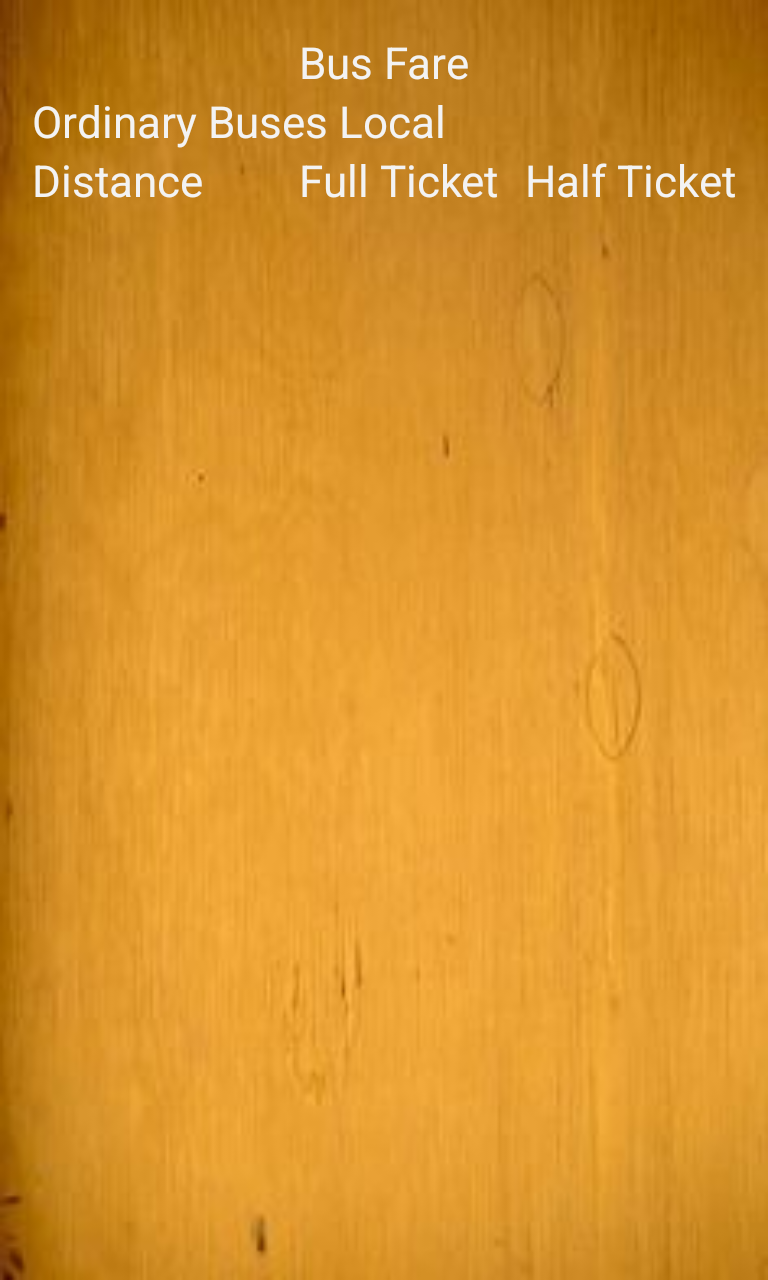
Repository: yogeshwar1996/android-app
Layout: CHD!!@BUSES/res/layout/activity_info.xml
The author's editor kept a copy of each file at every save. The layout is drawn from the files as they stood at one save, then again after the next save.
It is drawn on a 768 x 1280 px phone screen (xhdpi) without system bars, with theme android:Theme.Holo; the app's code is not run.

Above is the layout before, as saved 2016-07-11 04:56:17.

### CHD!!@BUSES/res/layout/activity_info.xml
<RelativeLayout xmlns:android="http://schemas.android.com/apk/res/android"
    xmlns:tools="http://schemas.android.com/tools"
    android:layout_width="match_parent"
    android:layout_height="match_parent"
    android:background="@drawable/dad"
    android:paddingBottom="@dimen/activity_vertical_margin"
    android:paddingLeft="@dimen/activity_horizontal_margin"
    android:paddingRight="@dimen/activity_horizontal_margin"
    android:paddingTop="@dimen/activity_vertical_margin"
    tools:context="com.example.chdbuses.Info" >

    <TextView
        android:id="@+id/textView2"
        android:layout_width="match_parent"
        android:layout_height="wrap_content"
        android:layout_below="@+id/textView1"
        android:layout_centerHorizontal="true"
        android:text="Ordinary Buses Local"
        android:textAppearance="?android:attr/textAppearanceLarge" />

    <TextView
        android:id="@+id/textView1"
        android:layout_width="wrap_content"
        android:layout_height="wrap_content"
        android:layout_alignParentTop="true"
        android:layout_centerHorizontal="true"
        android:text="Bus Fare"
        android:textAppearance="?android:attr/textAppearanceLarge" />

    <TextView
        android:id="@+id/textView4"
        android:layout_width="wrap_content"
        android:layout_height="wrap_content"
        android:layout_alignBaseline="@+id/textView3"
        android:layout_alignBottom="@+id/textView3"
        android:layout_alignLeft="@+id/textView1"
        android:text="Full Ticket"
        android:textAppearance="?android:attr/textAppearanceLarge" />

    <TextView
        android:id="@+id/textView5"
        android:layout_width="wrap_content"
        android:layout_height="wrap_content"
        android:layout_alignBaseline="@+id/textView4"
        android:layout_alignBottom="@+id/textView4"
        android:layout_alignParentRight="true"
        android:text="Half Ticket"
        android:textAppearance="?android:attr/textAppearanceLarge" />

    <TextView
        android:id="@+id/textView3"
        android:layout_width="wrap_content"
        android:layout_height="wrap_content"
        android:layout_alignParentLeft="true"
        android:layout_below="@+id/textView2"
        android:text="Distance"
        android:textAppearance="?android:attr/textAppearanceLarge" />

</RelativeLayout>

### CHD!!@BUSES/res/values/dimens.xml
<?xml version="1.0" encoding="utf-8"?>
<resources>

    <!-- Default screen margins, per the Android Design guidelines. -->
    <dimen name="activity_horizontal_margin">16dp</dimen>
    <dimen name="activity_vertical_margin">16dp</dimen>
    <dimen name="navigation_drawer_width">240dp</dimen>

</resources>

Loaded but not shown: CHD!!@BUSES/res/values-w820dp/dimens.xml (common file)

After the next save:
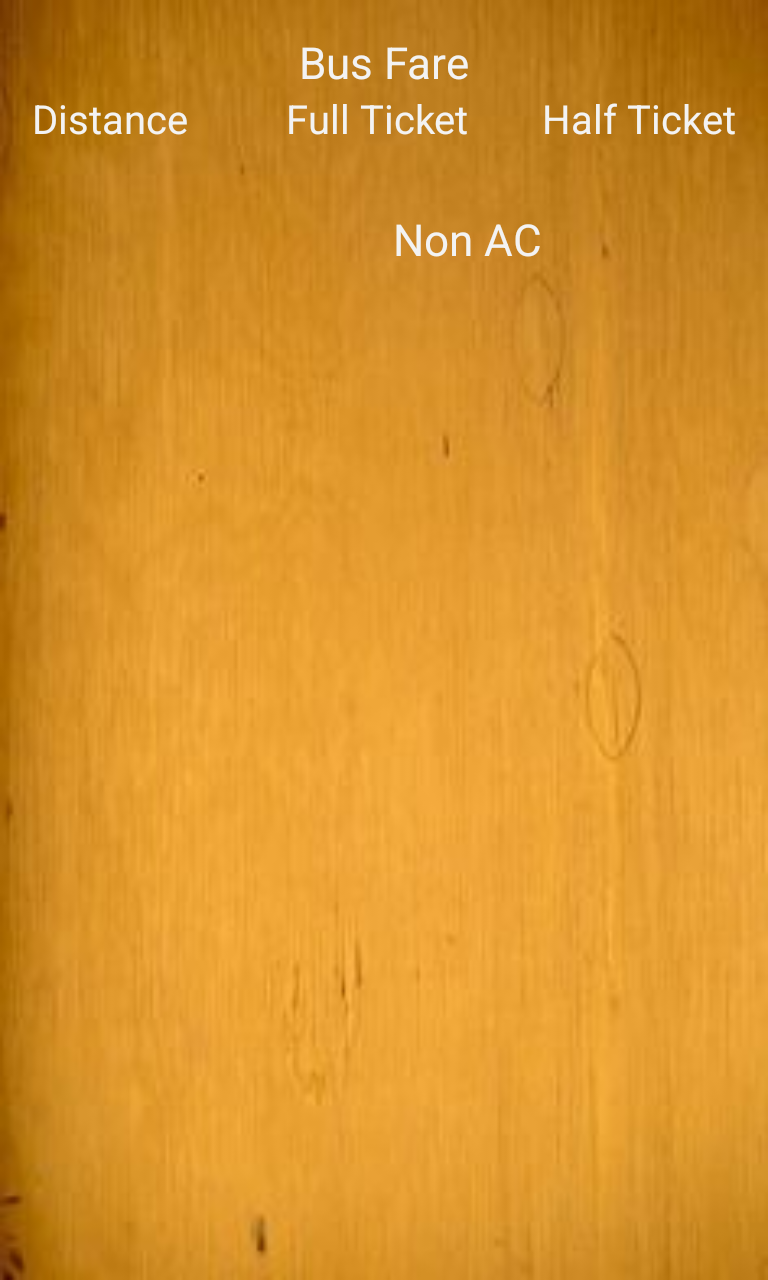
Saved 112 s later.
--- a/CHD!!@BUSES/res/layout/activity_info.xml
+++ b/CHD!!@BUSES/res/layout/activity_info.xml
@@ -10,15 +10,6 @@
     tools:context="com.example.chdbuses.Info" >
 
     <TextView
-        android:id="@+id/textView2"
-        android:layout_width="match_parent"
-        android:layout_height="wrap_content"
-        android:layout_below="@+id/textView1"
-        android:layout_centerHorizontal="true"
-        android:text="Ordinary Buses Local"
-        android:textAppearance="?android:attr/textAppearanceLarge" />
-
-    <TextView
         android:id="@+id/textView1"
         android:layout_width="wrap_content"
         android:layout_height="wrap_content"
@@ -28,14 +19,25 @@
         android:textAppearance="?android:attr/textAppearanceLarge" />
 
     <TextView
+        android:id="@+id/textView3"
+        android:layout_width="wrap_content"
+        android:layout_height="wrap_content"
+        android:layout_alignParentLeft="true"
+        android:layout_below="@+id/textView1"
+        android:text="Distance"
+        android:textAppearance="?android:attr/textAppearanceLarge"
+        android:textSize="20sp" />
+
+    <TextView
         android:id="@+id/textView4"
         android:layout_width="wrap_content"
         android:layout_height="wrap_content"
         android:layout_alignBaseline="@+id/textView3"
         android:layout_alignBottom="@+id/textView3"
-        android:layout_alignLeft="@+id/textView1"
+        android:layout_alignRight="@+id/textView1"
         android:text="Full Ticket"
-        android:textAppearance="?android:attr/textAppearanceLarge" />
+        android:textAppearance="?android:attr/textAppearanceLarge"
+        android:textSize="20sp" />
 
     <TextView
         android:id="@+id/textView5"
@@ -45,15 +47,17 @@
         android:layout_alignBottom="@+id/textView4"
         android:layout_alignParentRight="true"
         android:text="Half Ticket"
-        android:textAppearance="?android:attr/textAppearanceLarge" />
+        android:textAppearance="?android:attr/textAppearanceLarge"
+        android:textSize="20sp" />
 
     <TextView
-        android:id="@+id/textView3"
+        android:id="@+id/textView2"
         android:layout_width="wrap_content"
         android:layout_height="wrap_content"
-        android:layout_alignParentLeft="true"
-        android:layout_below="@+id/textView2"
-        android:text="Distance"
+        android:layout_below="@+id/textView4"
+        android:layout_marginTop="32dp"
+        android:layout_toLeftOf="@+id/textView5"
+        android:text="Non AC"
         android:textAppearance="?android:attr/textAppearanceLarge" />
 
 </RelativeLayout>
